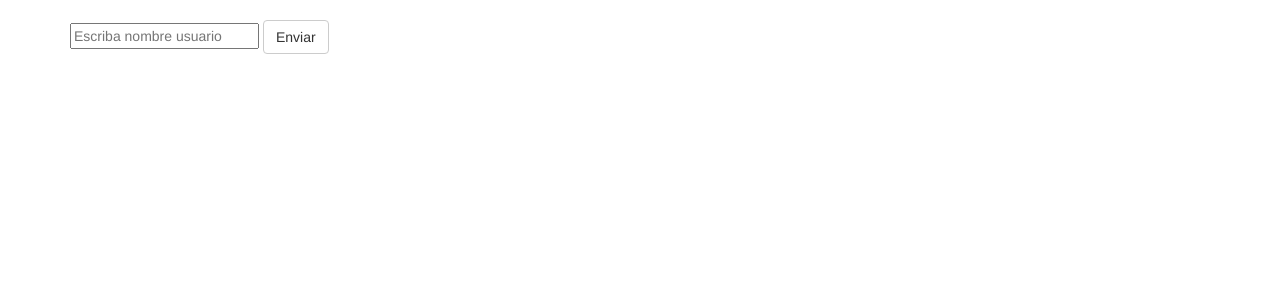
Repository: MarceArratia/ProyectosJava
Page: http://localhost/HoroscopoChino/ModificacionUsuario.jsp
The author's editor kept a copy of each file at every save. The page is drawn from the files as they stood at one save, then again after the next save.
The browser window is 1280 px wide. The pictures show the whole page.
The page is served by Tomcat 9. Other server files are loaded and not shown.

Above is the page before, as saved 2020-08-06 01:05:17.

### HoroscopoChino/WebContent/ModificacionUsuario.jsp
<%@ page language="java" contentType="text/html; charset=ISO-8859-1"
    pageEncoding="ISO-8859-1"%>
<!DOCTYPE html>
<html>
<head>
<meta charset="ISO-8859-1">
<title>Login</title>
<meta charset="utf-8">
<meta name="viewport" content="width=device-width, initial-scale=1">
<link rel="stylesheet" href="https://maxcdn.bootstrapcdn.com/bootstrap/3.4.0/css/bootstrap.min.css">
<script src="https://ajax.googleapis.com/ajax/libs/jquery/3.4.0/jquery.min.js"></script>
<script src="https://maxcdn.bootstrapcdn.com/bootstrap/3.4.0/js/bootstrap.min.js"></script>
</head>
<body>
<div class="container">
<br>
<form action="ModificacionUsuario" method="post">
<input type="text" placeholder="Escriba nombre usuario" name="nombre">
<button type="submit" class="btn btn-default">Enviar</button>
</form>
</div>

</body>
</html>

After the next save:
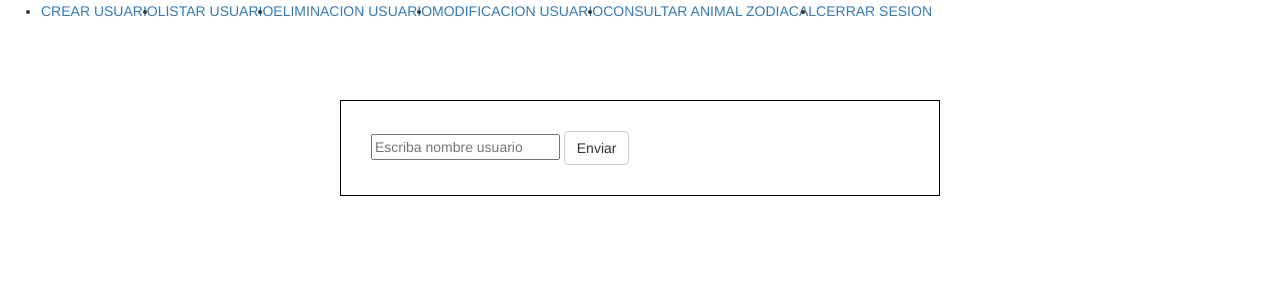
Saved 7 min 4 s later.
--- a/HoroscopoChino/WebContent/ModificacionUsuario.jsp
+++ b/HoroscopoChino/WebContent/ModificacionUsuario.jsp
@@ -12,8 +12,21 @@
 <script src="https://maxcdn.bootstrapcdn.com/bootstrap/3.4.0/js/bootstrap.min.js"></script>
 </head>
 <body>
-<div class="container">
-<br>
+	<div id="container">
+		<!--Barra de navegacion -->
+		<nav class="navbar navbar-expand-sm bg-dark navbar-dark">
+			<ul class="navbar-nav">
+				<li class="nav-item"><a class="nav-link" href="creacionUsuario.jsp">CREAR USUARIO</a></li>
+				<li class="nav-item"><a class="nav-link" href="listarUsuarios.jsp">LISTAR USUARIO</a></li>
+				<li class="nav-item"><a class="nav-link" href="eliminacionUsuario.jsp">ELIMINACION USUARIO</a></li>
+				<li class="nav-item"><a class="nav-link" href="modificacionUsuario.jsp">MODIFICACION USUARIO</a></li>
+				<li class="nav-item"><a class="nav-link" href="horoscopo.jsp">CONSULTAR ANIMAL ZODIACAL</a></li>
+				<li class="nav-item"><a class="nav-link" href="cerrarSesion">CERRAR SESION</a></li>
+			</ul>
+		</nav>
+
+		<div id="contenedor" style="margin: 0 auto; border: 1px solid black; width: 600px; margin-top: 50px;">
+			<div id="content" style="margin: 5%">
 <form action="ModificacionUsuario" method="post">
 <input type="text" placeholder="Escriba nombre usuario" name="nombre">
 <button type="submit" class="btn btn-default">Enviar</button>
